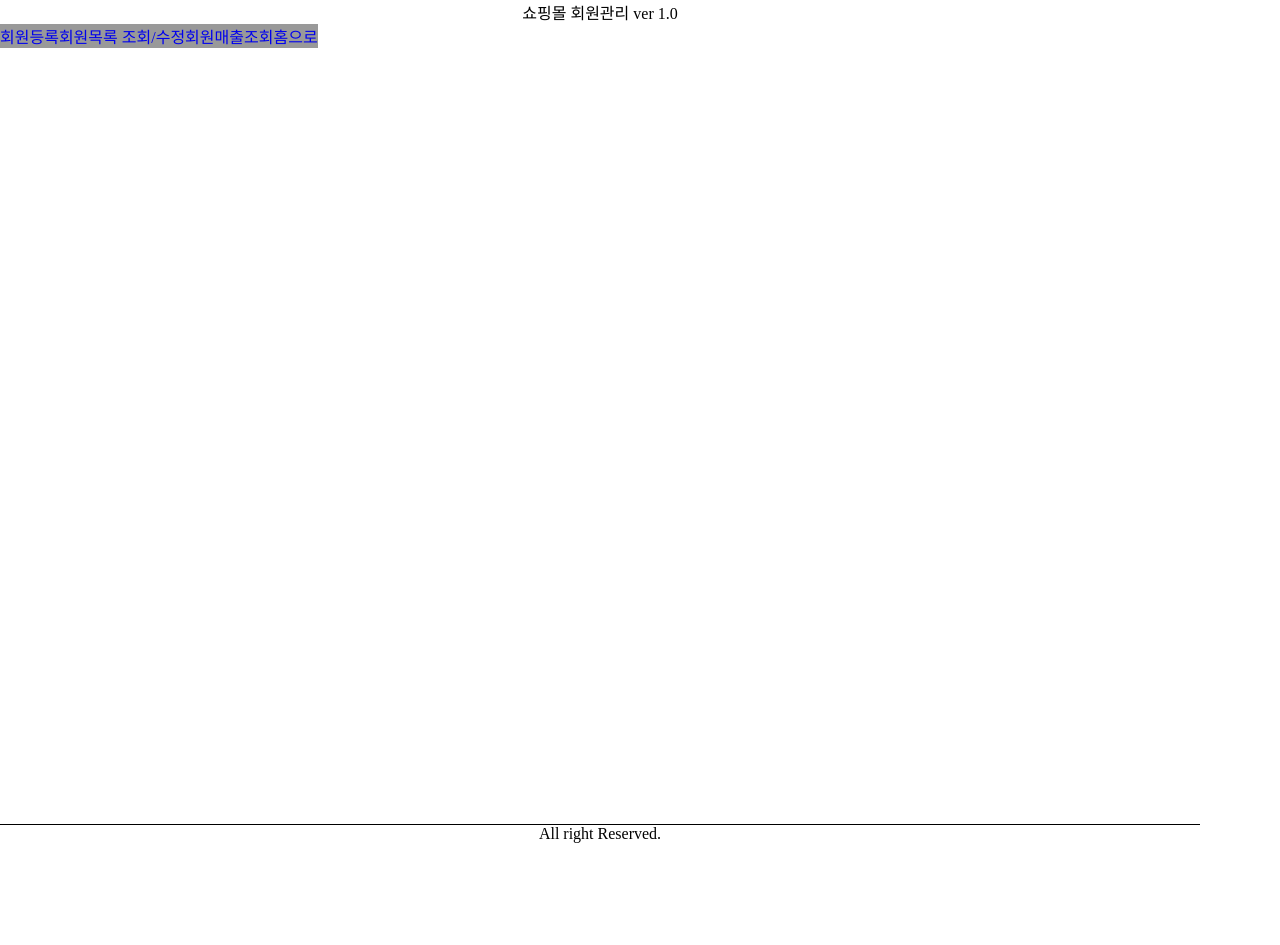
Repository: foodduck/HRD_exam
Page: http://localhost/HRD_1234/
An editor plug-in stored every save of this project. The page is shown before and after the next save, followed by the edit.
The browser window is 1280 px wide. The pictures show the whole page.
The page is served by Tomcat 9.

Above is the page before, as saved 2022-02-11 09:18:22.

### HRD_1234/WebContent/index.jsp
<%@ page language="java" contentType="text/html; charset=UTF-8"
    pageEncoding="UTF-8"%>
<!DOCTYPE html PUBLIC "-//W3C//DTD HTML 4.01 Transitional//EN" "http://www.w3.org/TR/html4/loose.dtd">
<html>
<head>
<meta http-equiv="Content-Type" content="text/html; charset=UTF-8">
<title>메인 메뉴</title>
<style>
	* {margin:0; padding:0}
	body, html {width:100%}
	ul {list-style:none;}
	a {text-decoration:none;}
	.wrap {width:1200px; clear:both;}
	p {text-align:center}

	.header {border-bottom:solid black 1px;}
	.tnb {width:80%;}
	.tnb li { float:left; margin:0 auto; background-color:#999;}
	.sec {width:100%; height:800px;}
	.ft {clear:both; width:100%; height:120px; border-top:solid 1px black;}
</style>
</head>
<body>
<div class="wrap">
	<header class="hd">
	<div class="hd_wrap">
		<p>쇼핑몰 회원관리 ver 1.0</p>
	</div>
	</header>
	<nav>
	<ul class="tnb">
		<li><a href="makecustNo.jsp">회원등록</a></li>
		<li><a href="memberList.jsp">회원목록 조회/수정</a></li>
		<li><a href="memberSales">회원매출조회</a></li>
		<li><a href="index.jsp">홈으로</a></li>
	</ul>
	</nav>
	<section class="sec">
		<div class="sec_wrap">

		</div>
	</section>
	<footer class="ft">
	<div class="ft_wrap">
		<p>All right Reserved.</p>
	</div>
	</footer>
</div>
</body>
</html>

After the next save:
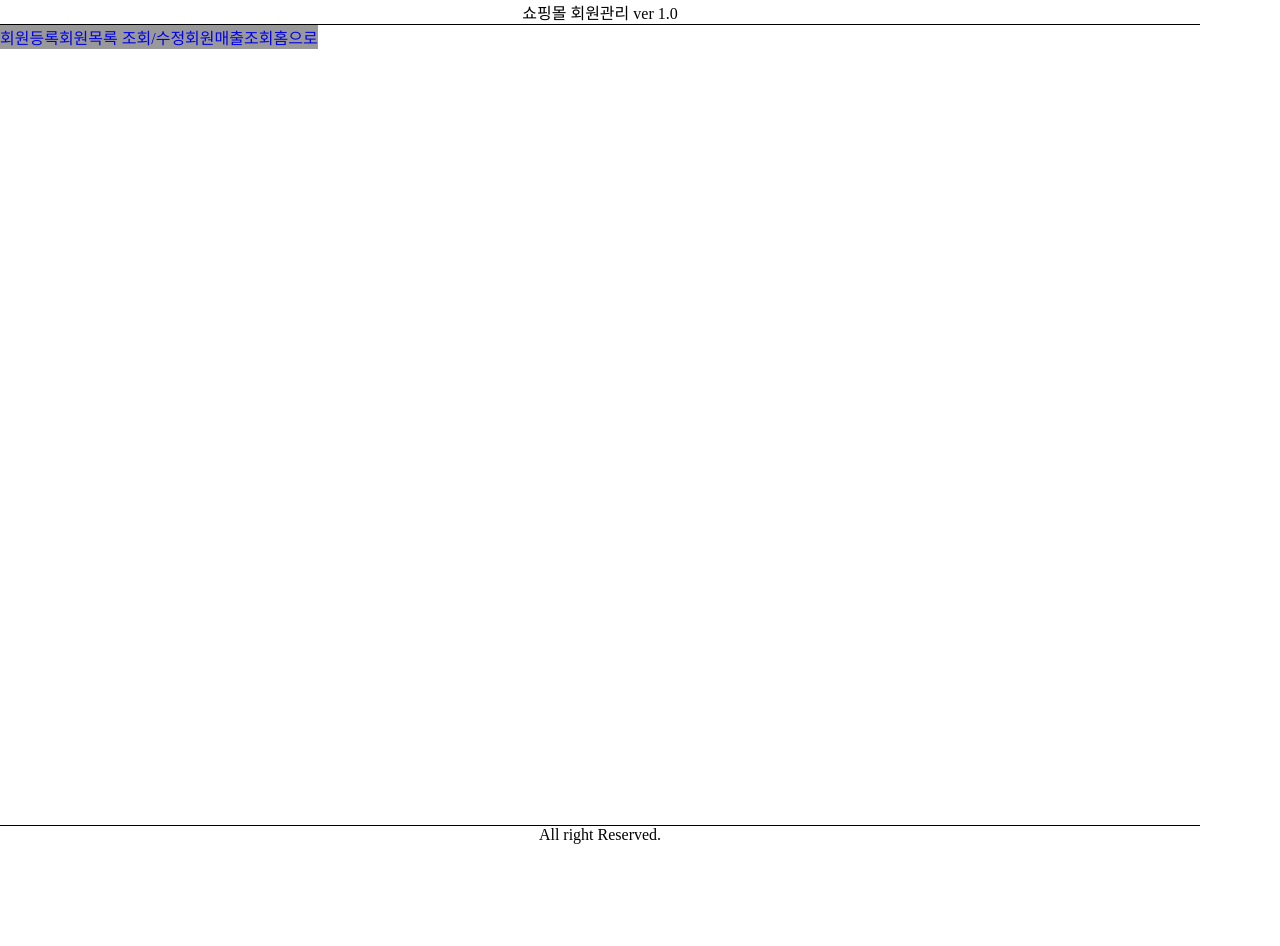
Saved 66 s later.
--- a/HRD_1234/WebContent/index.jsp
+++ b/HRD_1234/WebContent/index.jsp
@@ -13,7 +13,7 @@
 	.wrap {width:1200px; clear:both;}
 	p {text-align:center}
 
-	.header {border-bottom:solid black 1px;}
+	.hd {border-bottom:solid black 1px;}
 	.tnb {width:80%;}
 	.tnb li { float:left; margin:0 auto; background-color:#999;}
 	.sec {width:100%; height:800px;}
